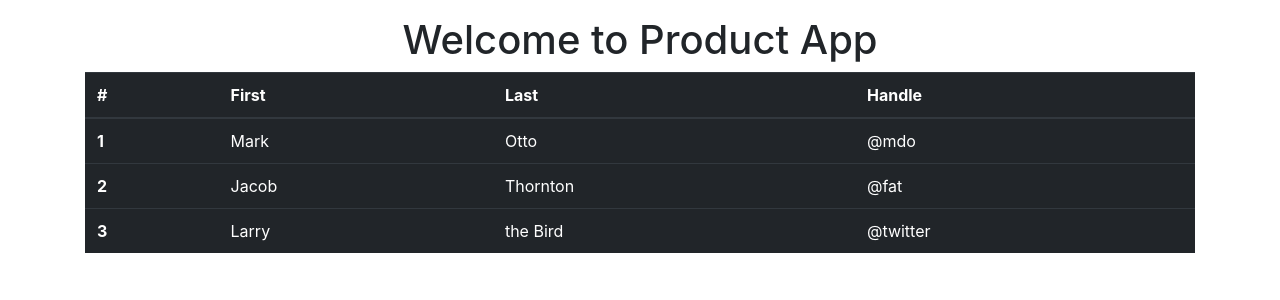
Repository: aayushtyagi0123/spring
Page: http://localhost/productcrudApp/WEB-INF/pages/index.jsp
These files come from the project's save history. The page is drawn as it stood at one moment and after the next save; the edit follows.
The browser window is 1280 px wide. The pictures show the whole page.
Some web libraries are served in a nearby version. The page is served by Tomcat 9. Nobody is signed in. Other server files are loaded and not shown. The template is opened directly, without the code that normally fills it, so the values that code supplies are empty.

Above is the page before, as saved 2023-05-03 17:53:37.

### productcrudApp/src/main/webapp/WEB-INF/pages/index.jsp
<html>
<head>
<%@ taglib prefix="c" uri="http://java.sun.com/jsp/jstl/core"%>
<%@include file="./base.jsp" %>
</head>
<body>
<div class="container mt-3">
<div class="row">
<div class="col-md-12">
<h1 class="text-center">Welcome to Product App</h1>
<table class="table table-dark">
  <thead>
    <tr>
      <th scope="col">#</th>
      <th scope="col">First</th>
      <th scope="col">Last</th>
      <th scope="col">Handle</th>
    </tr>
  </thead>
  <tbody>
    <tr>
      <th scope="row">1</th>
      <td>Mark</td>
      <td>Otto</td>
      <td>@mdo</td>
    </tr>
    <tr>
      <th scope="row">2</th>
      <td>Jacob</td>
      <td>Thornton</td>
      <td>@fat</td>
    </tr>
    <tr>
      <th scope="row">3</th>
      <td>Larry</td>
      <td>the Bird</td>
      <td>@twitter</td>
    </tr>
  </tbody>
</table>
</div>
</div>
</div>
</body>
</html>

### productcrudApp/src/main/webapp/WEB-INF/pages/base.jsp
<%@ page language="java" contentType="text/html; charset=ISO-8859-1"
	pageEncoding="ISO-8859-1"%>
<%@ page isELIgnored="false"%>
<%@ taglib prefix="c" uri="http://java.sun.com/jsp/jstl/core"%>


<!-- Required meta tags -->
<meta charset="utf-8">
<meta name="viewport"
	content="width=device-width, initial-scale=1, shrink-to-fit=no">

<!-- Bootstrap CSS -->
<link rel="stylesheet"
	href="https://cdn.jsdelivr.net/npm/bootstrap@4.0.0/dist/css/bootstrap.min.css"
	integrity="sha384-Gn5384xqQ1aoWXA+058RXPxPg6fy4IWvTNh0E263XmFcJlSAwiGgFAW/dAiS6JXm"
	crossorigin="anonymous">
<link rel="stylesheet"
	href="https://cdnjs.cloudflare.com/ajax/libs/font-awesome/6.4.0/css/all.min.css"
	integrity="sha512-iecdLmaskl7CVkqkXNQ/ZH/XLlvWZOJyj7Yy7tcenmpD1ypASozpmT/E0iPtmFIB46ZmdtAc9eNBvH0H/ZpiBw=="
	crossorigin="anonymous" referrerpolicy="no-referrer" />
<!-- Optional JavaScript -->
<!-- jQuery first, then Popper.js, then Bootstrap JS -->
<script src="https://code.jquery.com/jquery-3.2.1.slim.min.js"
	integrity="sha384-KJ3o2DKtIkvYIK3UENzmM7KCkRr/rE9/Qpg6aAZGJwFDMVNA/GpGFF93hXpG5KkN"
	crossorigin="anonymous"></script>
<script
	src="https://cdn.jsdelivr.net/npm/popper.js@1.12.9/dist/umd/popper.min.js"
	integrity="sha384-ApNbgh9B+Y1QKtv3Rn7W3mgPxhU9K/ScQsAP7hUibX39j7fakFPskvXusvfa0b4Q"
	crossorigin="anonymous"></script>
<script
	src="https://cdn.jsdelivr.net/npm/bootstrap@4.0.0/dist/js/bootstrap.min.js"
	integrity="sha384-JZR6Spejh4U02d8jOt6vLEHfe/JQGiRRSQQxSfFWpi1MquVdAyjUar5+76PVCmYl"
	crossorigin="anonymous"></script>
<title><c:out value="${title}">PRODUCT CRUD APP</c:out></title>

After the next save:
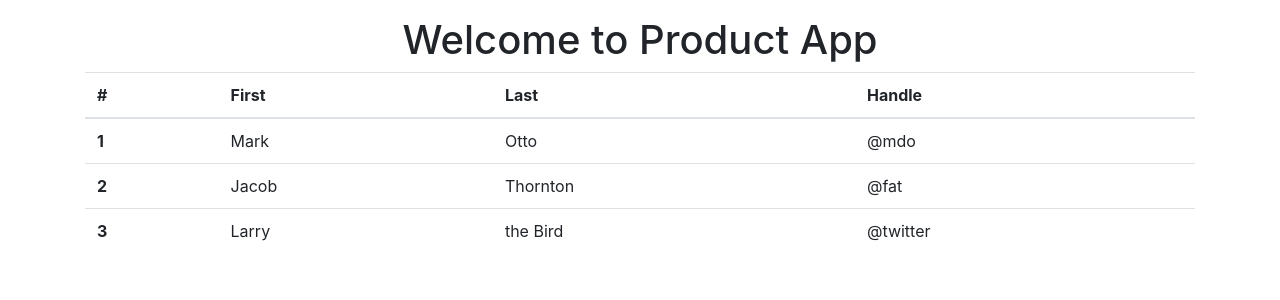
Saved 72 s later.
--- a/productcrudApp/src/main/webapp/WEB-INF/pages/index.jsp
+++ b/productcrudApp/src/main/webapp/WEB-INF/pages/index.jsp
@@ -8,7 +8,7 @@
 <div class="row">
 <div class="col-md-12">
 <h1 class="text-center">Welcome to Product App</h1>
-<table class="table table-dark">
+<table class="table">
   <thead>
     <tr>
       <th scope="col">#</th>
